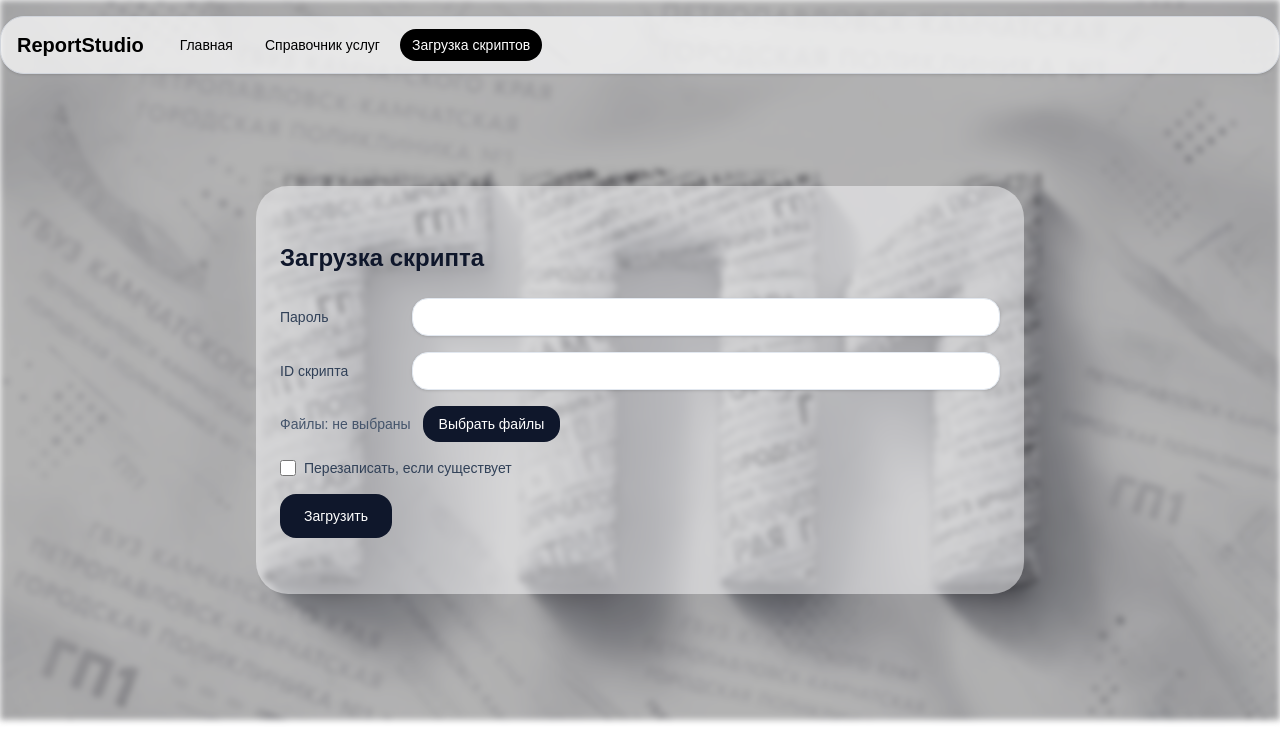
Repository: vladzap2423/report_studio_v2
Page: /load
An editor plug-in stored every save of this project. The page is shown before and after the next save, followed by the edit.
The browser window is 1280 px wide. The pictures show the whole page.
The project was rebuilt for these pictures with package versions that can differ from the ones it lists, and the page was loaded fresh each time. The framework's server and built-in components were replaced by stand-ins that run in the browser. Also part of the build but not shown: next.config.ts.

Above is the page before, as saved 2026-03-17 15:23:42.

### src/app/layout.tsx
import type { Metadata } from "next";
import { Geist, Geist_Mono } from "next/font/google";
import "./globals.css";
import Header from "./components/Header";

const geistSans = Geist({
  variable: "--font-geist-sans",
  subsets: ["latin"],
});

const geistMono = Geist_Mono({
  variable: "--font-geist-mono",
  subsets: ["latin"],
});

export const metadata: Metadata = {
  title: "Create Next App",
  description: "Generated by create next app",
};

export default function RootLayout({
  children,
}: Readonly<{
  children: React.ReactNode;
}>) {
  return (
    <html lang="en">
      <body
        className={`${geistSans.variable} ${geistMono.variable} antialiased`}
      >
        <Header

          title="ReportStudio"
          links={[
            { label: "Главная", href: "/" },
            { label: "Справочник услуг", href: "/services" },
            { label:"Загрузка скриптов", href: "/load"}
          ]}
        />
        {children}
      </body>
    </html>
  );
}

### src/app/load/page.tsx
"use client";

import { useState, useRef, useCallback } from "react";

export default function LoadPage() {
  const [password, setPassword] = useState("");
  const [id, setId] = useState("");
  const [files, setFiles] = useState<File[]>([]);
  const [overwrite, setOverwrite] = useState(false);
  const [error, setError] = useState<string | null>(null);
  const [success, setSuccess] = useState<string | null>(null);
  const [loading, setLoading] = useState(false);

  const inputRef = useRef<HTMLInputElement | null>(null);

  const onPickClick = useCallback(() => {
    inputRef.current?.click();
  }, []);

  const handlePicked = useCallback((picked: File[]) => {
    setFiles(picked);
  }, []);

  const uploadScripts = useCallback(async () => {
    setError(null);
    setSuccess(null);

    if (!files.length) return setError("Выберите файлы скрипта.");
    if (!id.trim()) return setError("Укажите ID скрипта.");
    if (password !== "Zx44tfW") return setError("Неверный пароль.");

    setLoading(true);
    try {
      const fd = new FormData();
      fd.append("scriptId", id.trim());
      fd.append("password", password);
      if (overwrite) fd.append("overwrite", "1");
      for (const f of files) fd.append("files", f, (f as any).webkitRelativePath || f.name);

      const res = await fetch("/api/scripts/upload", { method: "POST", body: fd });
      if (!res.ok) throw new Error(`HTTP ${res.status}`);

      setSuccess("Скрипт загружен.");
      setFiles([]);
      setId("");
      setPassword("");
      if (inputRef.current) inputRef.current.value = "";
    } catch {
      setError("Не удалось загрузить скрипт.");
    } finally {
      setLoading(false);
    }
  }, [files, id, password, overwrite]);

  return (
      <div className="mx-auto max-w-3xl px-6 py-14 bg-gray-50/50 rounded-4xl mt-28">
        <h1 className="text-2xl font-semibold text-slate-900 mb-6">Загрузка скрипта</h1>

        <div className="grid gap-3 sm:grid-cols-[120px_1fr] sm:items-center mb-4">
          <label className="text-sm font-medium text-slate-700">Пароль</label>
          <input
            type="password"
            value={password}
            onChange={(e) => setPassword(e.target.value)}
            className="w-full rounded-2xl border border-slate-200 bg-white px-4 py-2 text-sm text-slate-900 shadow-sm focus:outline-none focus:ring-4 focus:ring-slate-200"
          />
        </div>

        <div className="grid gap-3 sm:grid-cols-[120px_1fr] sm:items-center mb-4">
          <label className="text-sm font-medium text-slate-700">ID скрипта</label>
          <input
            type="text"
            value={id}
            onChange={(e) => setId(e.target.value)}
            className="w-full rounded-2xl border border-slate-200 bg-white px-4 py-2 text-sm text-slate-900 shadow-sm focus:outline-none focus:ring-4 focus:ring-slate-200"
          />
        </div>

        <div className="flex flex-wrap items-center gap-3 mb-4 text-sm text-slate-600">
          <div>Файлы: {files.length ? `${files.length} шт.` : "не выбраны"}</div>
          <button
            type="button"
            onClick={onPickClick}
            className="rounded-2xl bg-slate-900 px-4 py-2 text-white hover:bg-slate-800"
          >
            Выбрать файлы
          </button>
          <input
            ref={inputRef}
            type="file"
            multiple
            className="hidden"
            onChange={(e) => {
              const picked = Array.from(e.target.files || []);
              if (!picked.length) return;
              handlePicked(picked);
            }}
            {...({ webkitdirectory: "true"} as any)}
          />
        </div>

        <div className="flex items-center gap-2 mb-4">
          <input
            type="checkbox"
            checked={overwrite}
            onChange={(e) => setOverwrite(e.target.checked)}
            id="overwrite"
            className="w-4 h-4 rounded border-slate-300 text-slate-900 focus:ring-slate-200"
          />
          <label htmlFor="overwrite" className="text-sm text-slate-700">Перезаписать, если существует</label>
        </div>

        {error && <div className="mb-4 rounded-2xl border border-rose-200 bg-rose-50 px-4 py-3 text-sm text-rose-700">{error}</div>}
        {success && <div className="mb-4 rounded-2xl border border-emerald-200 bg-emerald-50 px-4 py-3 text-sm text-emerald-700">{success}</div>}

        <button
          type="button"
          onClick={uploadScripts}
          disabled={loading}
          className="rounded-2xl bg-slate-900 px-6 py-3 text-white text-sm font-medium hover:bg-emerald-600 disabled:opacity-50"
        >
          {loading ? "Загрузка..." : "Загрузить"}
        </button>
      </div>
  );
}

### src/app/globals.css
@import "tailwindcss";

:root {
  --background: #ffffff;
  --foreground: #171717;
  color-scheme: light;
}

@theme inline {
  --color-background: var(--background);
  --color-foreground: var(--foreground);
  --font-sans: var(--font-geist-sans);
  --font-mono: var(--font-geist-mono);
}

body {
  background: var(--background);
  color: var(--foreground);
  font-family: Arial, Helvetica, sans-serif;
  position: relative; /* важно для ::before */
  min-height: 100vh;
}

body::before {
  content: "";
  position: fixed;
  top: 0;
  left: 0;
  width: 100%;
  height: 100%;
  background-image: url("/fon.png");
  background-size: cover;
  background-position: center;
  background-repeat: no-repeat;
  filter: blur(3px) brightness(0.7);
  z-index: -1; /* чтобы контент был поверх фона */
}

### src/app/components/Header.tsx
"use client";

import React from "react";
import Link from "next/link";
import { usePathname } from "next/navigation";

type HeaderProps = {
  title?: string;
  links?: { label: string; href: string }[];
};

const Header: React.FC<HeaderProps> = ({ title = "ReportStudio", links = [] }) => {
  const pathname = usePathname();

  return (
    <header className="w-full flex justify-center mt-4">
      <div className="w-full max-w-7xl px-4 py-3 flex items-center space-x-6 bg-white/70 border border-gray-300 rounded-3xl shadow-sm">

        {/* Название */}
        <div className="text-xl font-semibold text-black">
          {title}
        </div>

        {/* Меню */}
        <nav className="flex space-x-2">
          {links.map((link) => {
            const isActive = pathname === link.href;

            return (
              <Link
                key={link.href}
                href={link.href}
                className={`px-3 py-1.5 rounded-3xl text-sm transition-colors ${
                  isActive
                    ? "bg-black text-white"
                    : "text-black hover:bg-gray-100"
                }`}
              >
                {link.label}
              </Link>
            );
          })}
        </nav>

      </div>
    </header>
  );
};

export default Header;

After the next save:
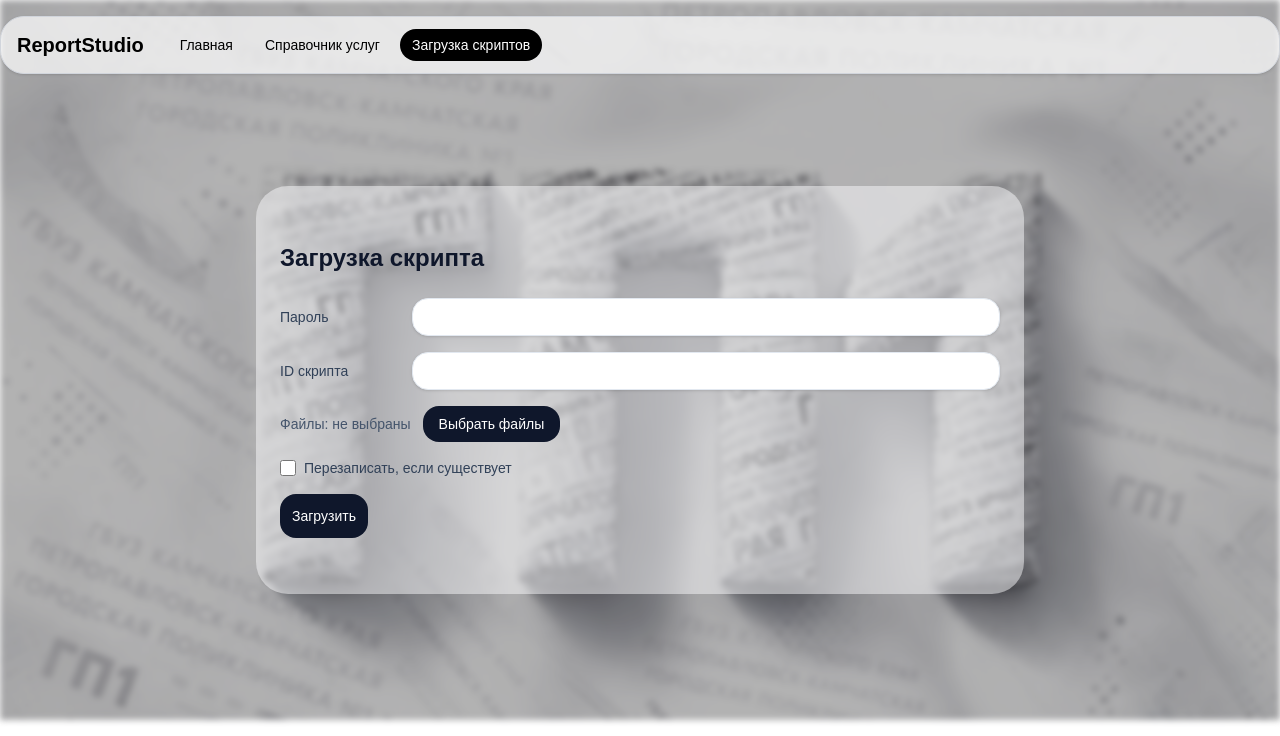
Saved 10 s later.
--- a/src/app/load/page.tsx
+++ b/src/app/load/page.tsx
@@ -117,7 +117,7 @@
           type="button"
           onClick={uploadScripts}
           disabled={loading}
-          className="rounded-2xl bg-slate-900 px-6 py-3 text-white text-sm font-medium hover:bg-emerald-600 disabled:opacity-50"
+          className="rounded-2xl bg-slate-900 px-3 py-3 text-white text-sm font-medium hover:bg-emerald-600 disabled:opacity-50"
         >
           {loading ? "Загрузка..." : "Загрузить"}
         </button>

After the save that followed:
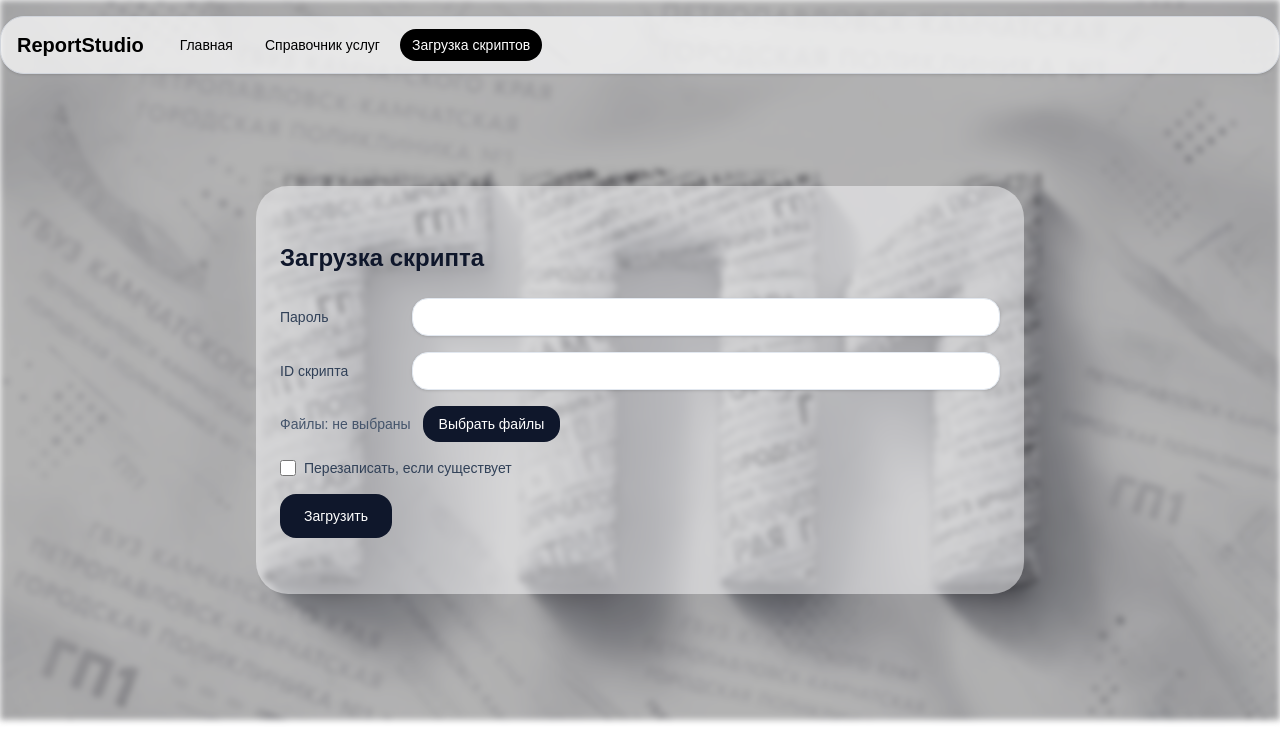
Saved 6 s later.
--- a/src/app/load/page.tsx
+++ b/src/app/load/page.tsx
@@ -117,7 +117,7 @@
           type="button"
           onClick={uploadScripts}
           disabled={loading}
-          className="rounded-2xl bg-slate-900 px-3 py-3 text-white text-sm font-medium hover:bg-emerald-600 disabled:opacity-50"
+          className="rounded-2xl bg-slate-900 px-6 py-3 text-white text-sm font-medium hover:bg-emerald-600 disabled:opacity-50"
         >
           {loading ? "Загрузка..." : "Загрузить"}
         </button>
